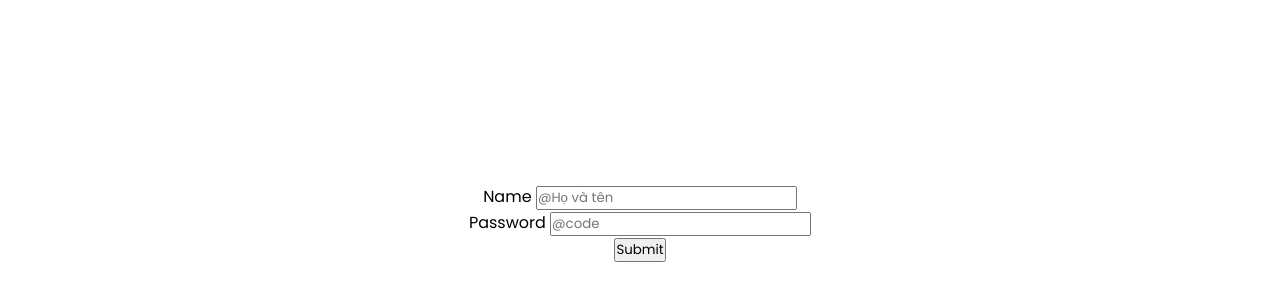
Repository: TruongVu299/Nhom21_NguyenThiNgocLam_DoTruongVu
Page: SourcesCode/index2.html
An editor plug-in stored every save of this project. The page is shown before and after the next save, followed by the edit.
The browser window is 1280 px wide. The pictures show the whole page.

Above is the page before, as saved 2023-04-22 02:43:30.

After the next save:
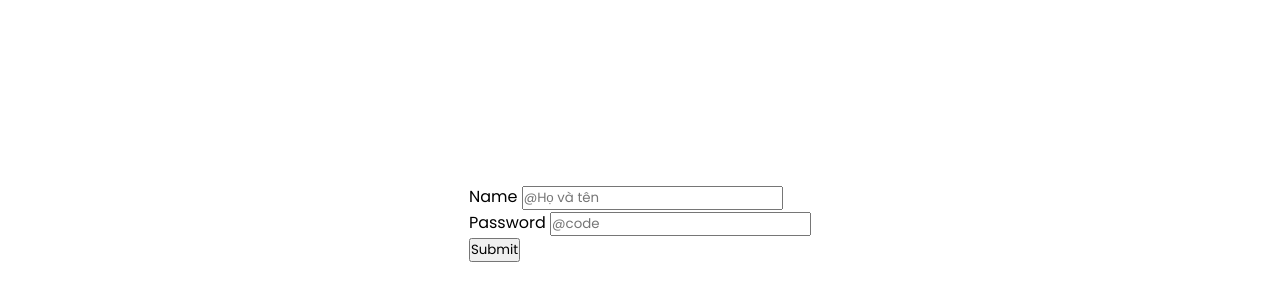
Saved 81 s later.
--- a/SourcesCode/style2.css
+++ b/SourcesCode/style2.css
@@ -7,10 +7,12 @@
     cursor: pointer;
 }
 #wrapper {
-    text-align: center;
     width:max-content;
     height: 478px;
     margin:0px auto;
     margin-top:184px;
     margin-bottom: 50px;
 }
+#wrapper header3 {
+    text-align: center;
+}
